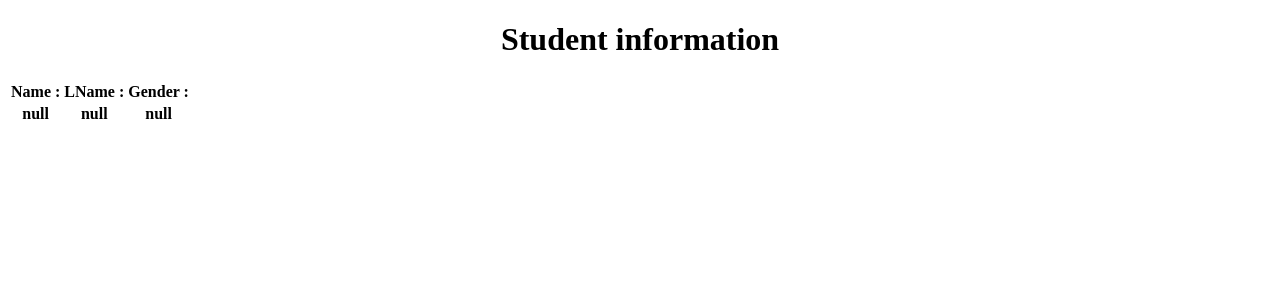
Repository: akale1992/Learning-HIBERNATE-SERVLETS
Page: http://localhost/jspdemo/
These files come from the project's save history. The page is drawn as it stood at one moment and after the next save; the edit follows.
The browser window is 1280 px wide. The pictures show the whole page.
The page is served by Tomcat 9.

Above is the page before, as saved 2015-09-15 04:47:36.

After the next save:
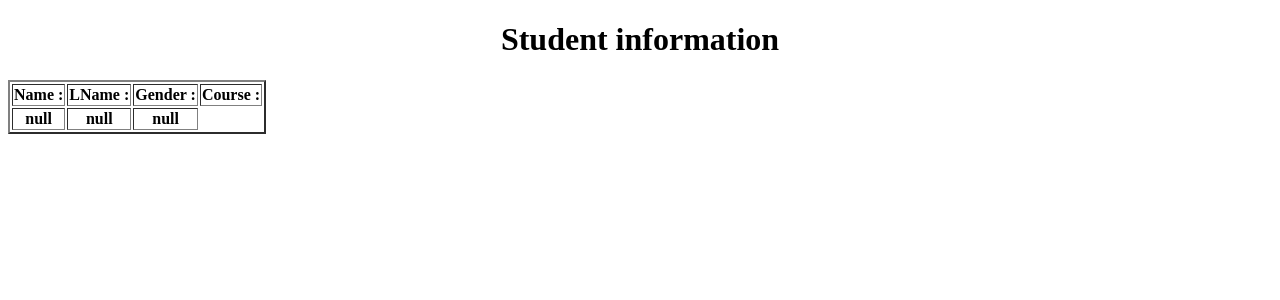
Saved 93 s later.
--- a/jspdemo/WebContent/index.jsp
+++ b/jspdemo/WebContent/index.jsp
@@ -16,10 +16,11 @@
 
 %>
 <center><h1> Student information </h1></center>
-<table>
+<table border="2">
 <tr><th>Name :</th>
 <th> LName :</th>
 <th>Gender :</th>
+<th colspan="3"> Course :</th>
 </tr>
 <tr><th><%=fname %></th>
 <th> <%=lname %></th>
